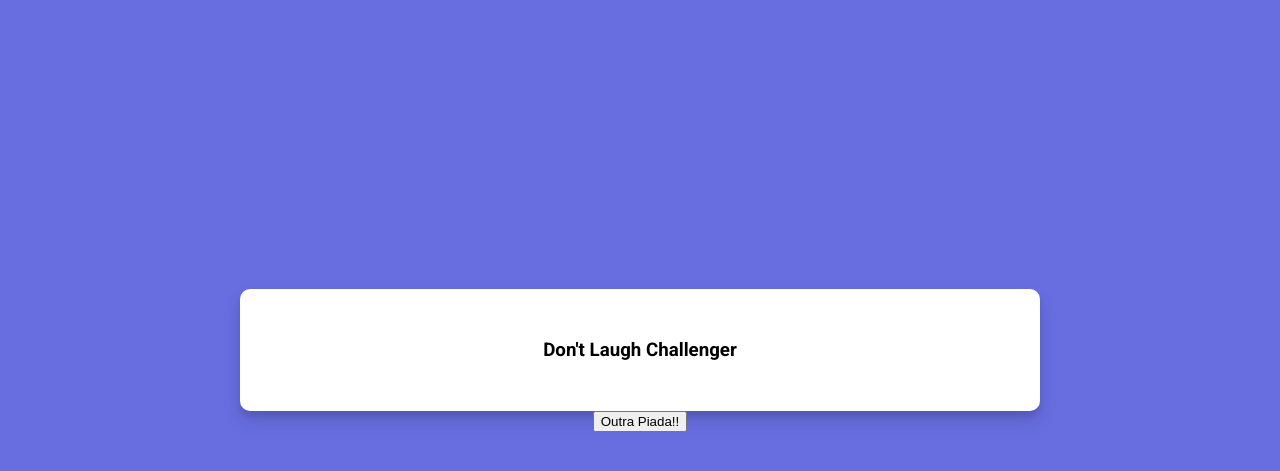
Repository: Williamlmachado/Dad-Jokes
Page: index.html
An editor plug-in stored every save of this project. The page is shown before and after the next save, followed by the edit.
The browser window is 1280 px wide. The pictures show the whole page.

Above is the page before, as saved 2021-08-21 12:57:30.

### index.html
<!DOCTYPE html>
<html lang="en">
    <head>
        <meta charset="UTF-8"/>
        <meta name="viewport" content="width=device-width, initial-scale=1.0"/>
        <link rel="stylesheet" href="style.css"/>
        <title>JoK3s</title>
    </head>
    <body>
        <div class="container">
            <h3>Don't Laugh Challenger</h3>
            <div id="joke" class="joke"></div>
        </div>
        <button id="jokeBtn" class="btn">Outra Piada!!</button>
        <script></script>
    </body>
</html>

### style.css
@import url('https://fonts.googleapis.com/css2?family=Roboto:wght@400;700&display=swap');

* {
  box-sizing: border-box;
}

body {
  background-color: #686de0;
  font-family: 'Roboto', sans-serif;
  display: flex;
  flex-direction: column;
  align-items: center;
  justify-content: center;
  height: 100vh;
  overflow: hidden;
  margin: 0;
  padding: 20px;
}
.container{
    background-color: white;
    border-radius: 10px;
    box-shadow: 0 10px 20px rgba(0, 0, 0, 0.1), 0 6px 6px rgba(0, 0, 0, 0.1);
    padding: 50px 20px;
    text-align: center;
    max-width: 100%;
    width: 800px;
}
h3{
    margin: 0;

}

After the next save:
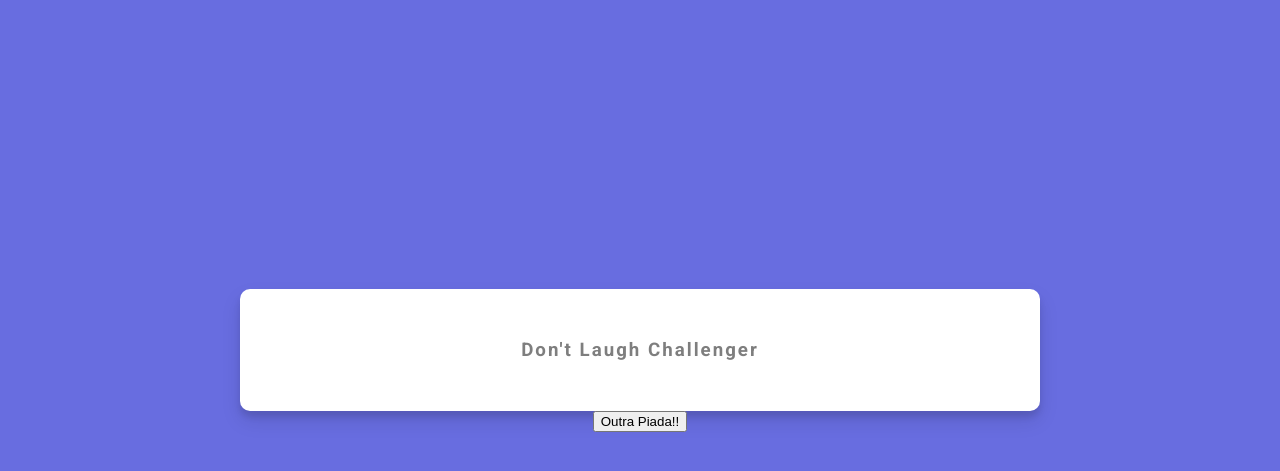
Saved 21 s later.
--- a/style.css
+++ b/style.css
@@ -27,5 +27,7 @@ body {
 }
 h3{
     margin: 0;
-
+    opacity: 0.5;
+    letter-spacing: 2px;
 }
+]
